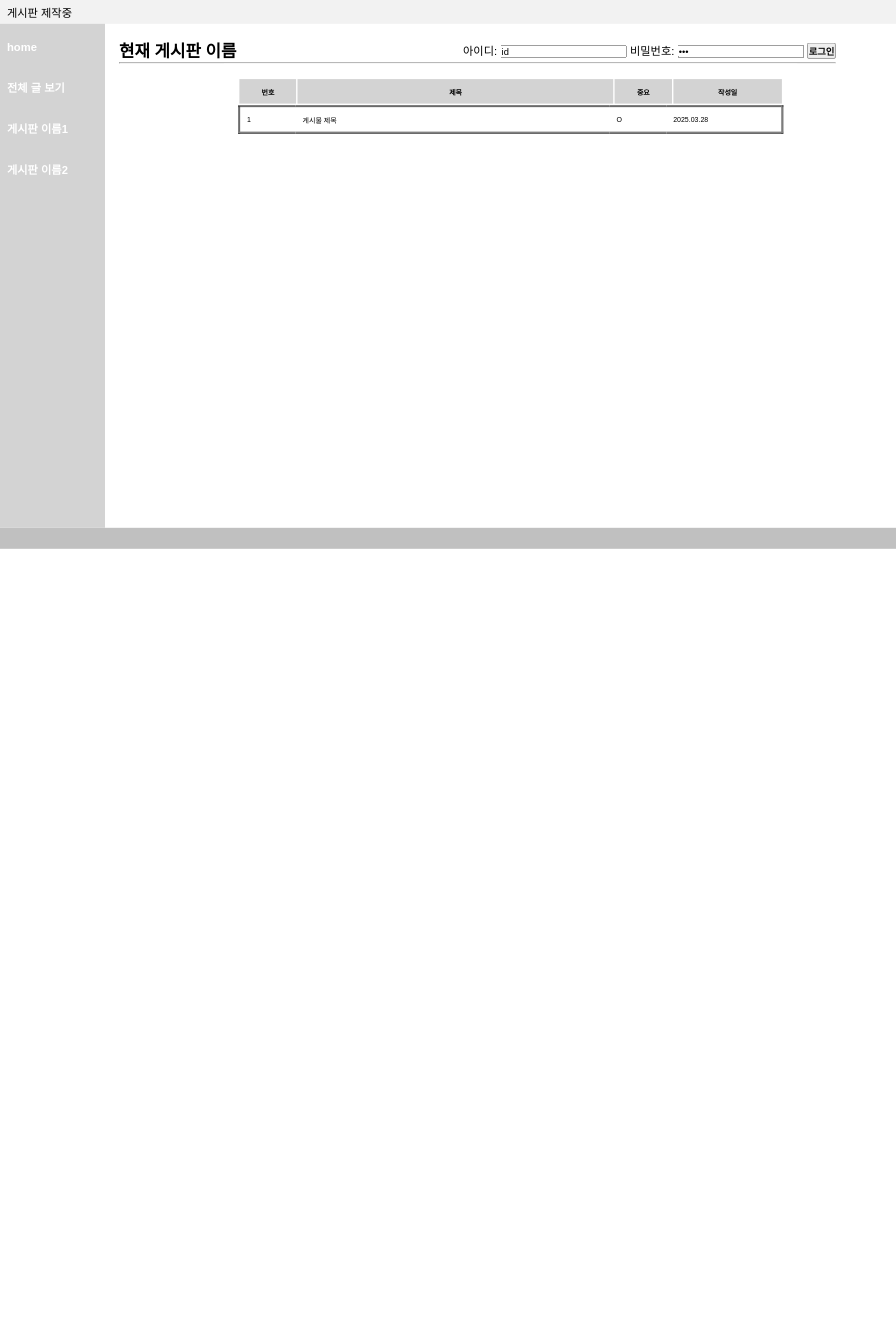
Repository: hyeon-jin-park/study
Page: work/internet_programing/Test_final/public/board.html
The author's editor kept a copy of each file at every save. The page is drawn from the files as they stood at one save, then again after the next save.
The browser window is 1280 px wide. The pictures show the part of the page from y = 0 to 1920 px (the page is 10000 px tall), at 70% of full size.

Above is the page before, as saved 2025-03-26 11:04:07.

After the next save:
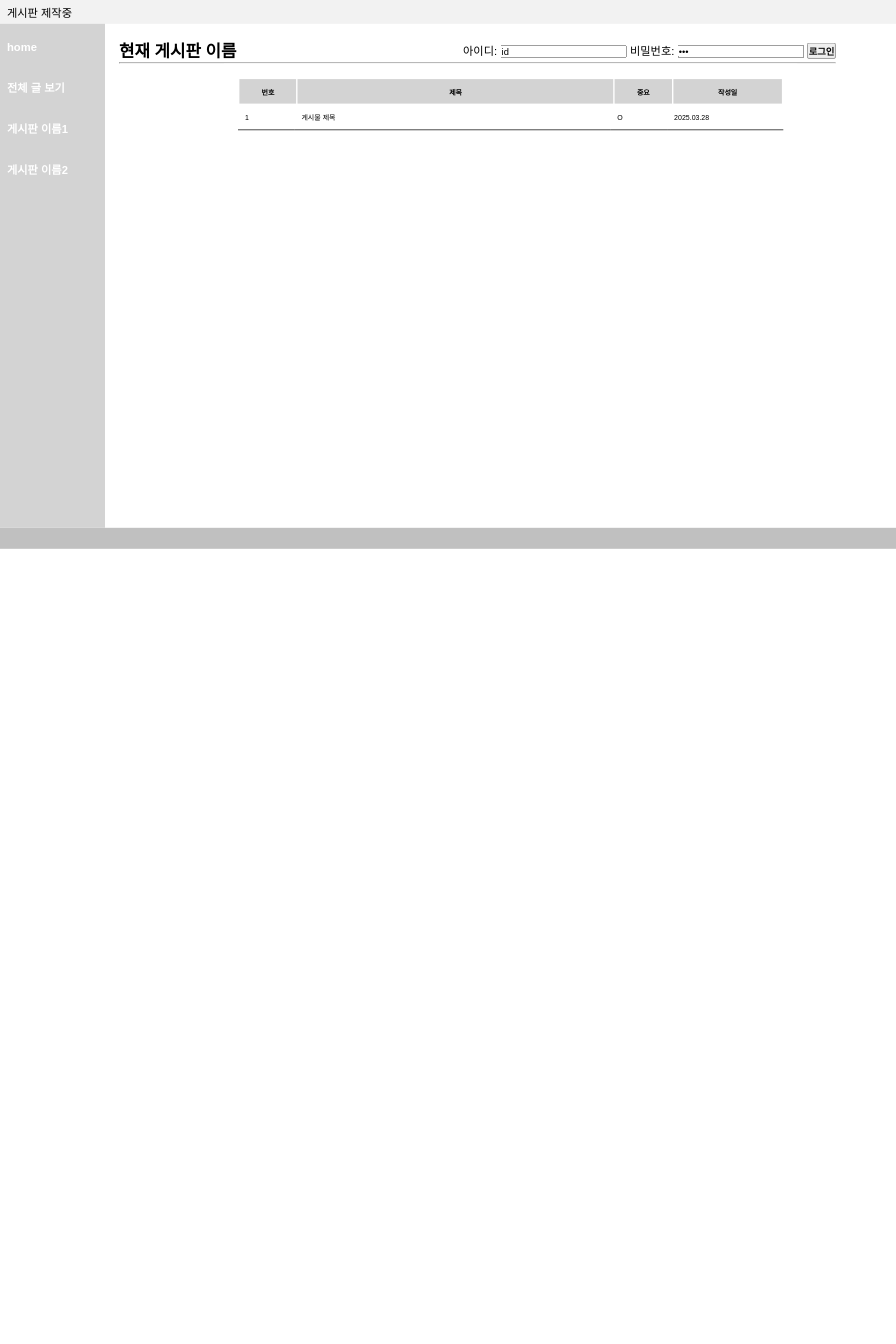
Saved 38 s later.
--- a/work/internet_programing/Test_final/public/layout.css
+++ b/work/internet_programing/Test_final/public/layout.css
@@ -132,6 +132,7 @@ section {
 .board_contents table{
 	border-collapse: collapse;
 	border-style:inset;
+	border:1px lightgray;
 	font-size:10px;
 }
 
